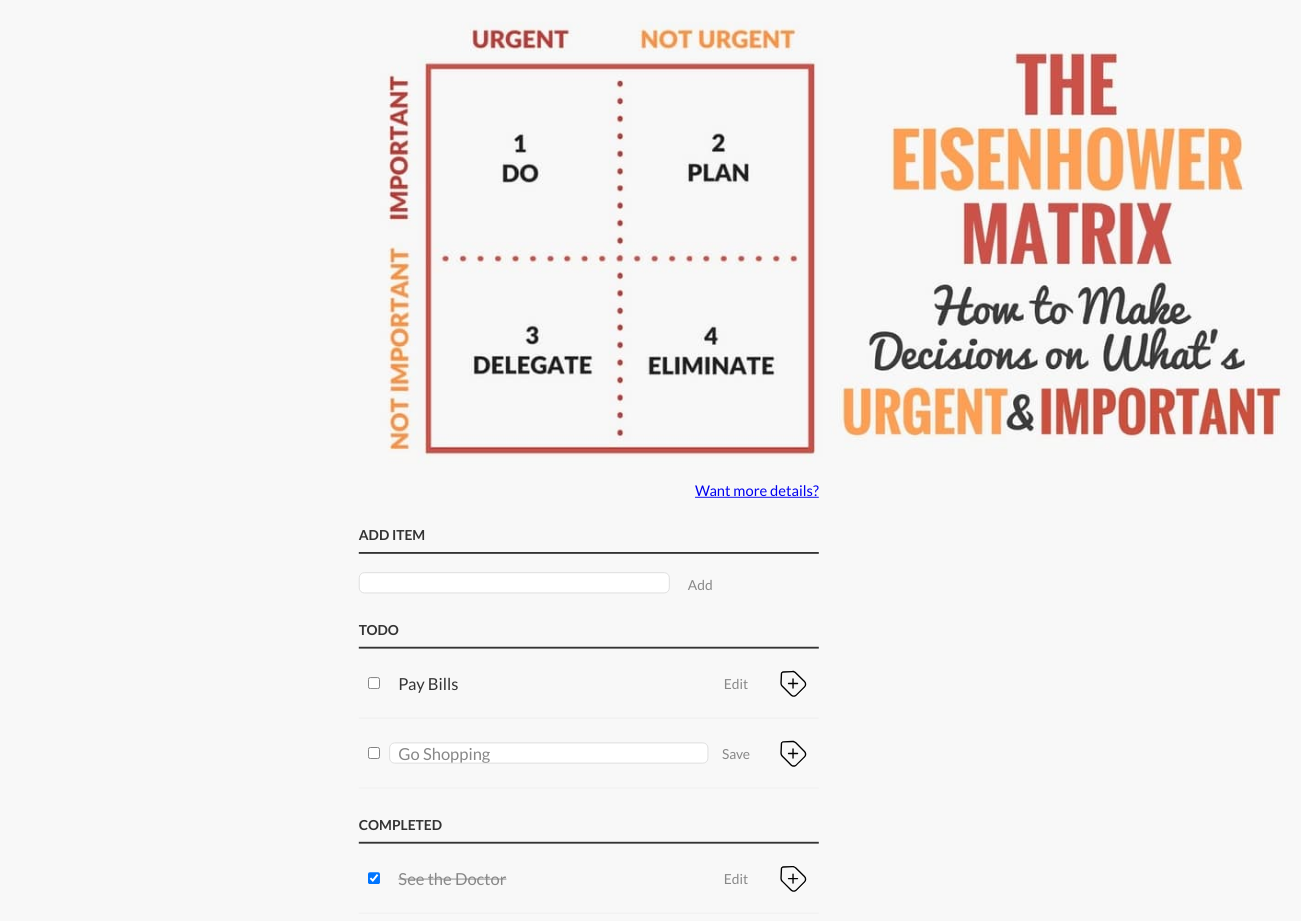
Repository: dev1siWoo/clean-code-s1e1
Page: index.html
These files come from the project's save history. The page is drawn as it stood at one moment and after the next save; the edit follows.
The browser window is 1280 px wide. The page is 1414 px wide, so the pictures cover 1414 px, including what lies to the right of the window. The pictures show the whole page, at 92% of full size.

Above is the page before, as saved 2024-01-08 23:14:19.
Console error: TypeError: Cannot set properties of null (setting 'onclick')

After the next save:
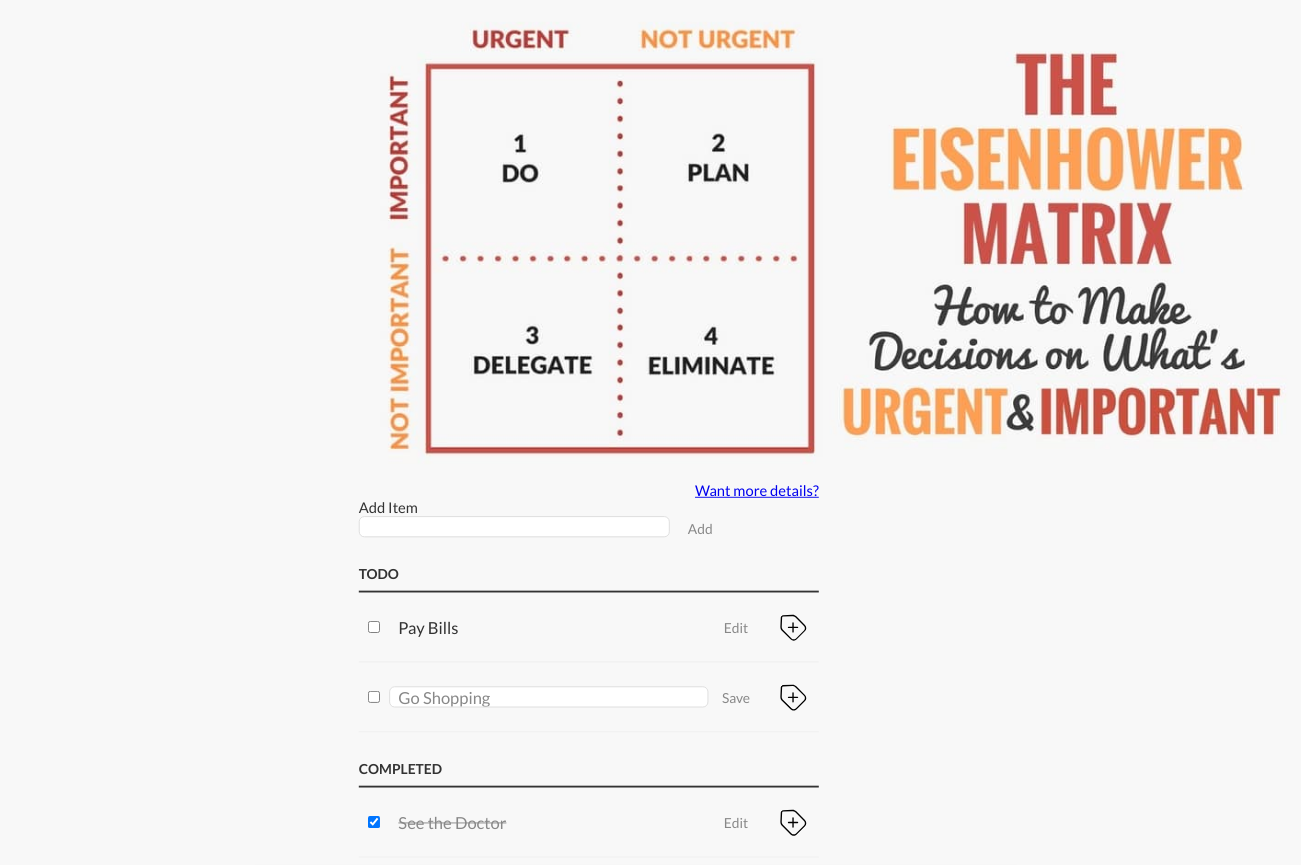
Saved 9 s later.
--- a/index.html
+++ b/index.html
@@ -20,7 +20,7 @@
         </header>
         <main class="main">
             <section id="adding-section">
-                <label class="label" for="new-task">Add Item</label>
+                <label class="add-section_subtitle" for="new-task">Add Item</label>
                 <div class="add-section_task-wrapper">
                     <input id="new-task" class="input task" type="text">
                     <button class="button">Add</button>
